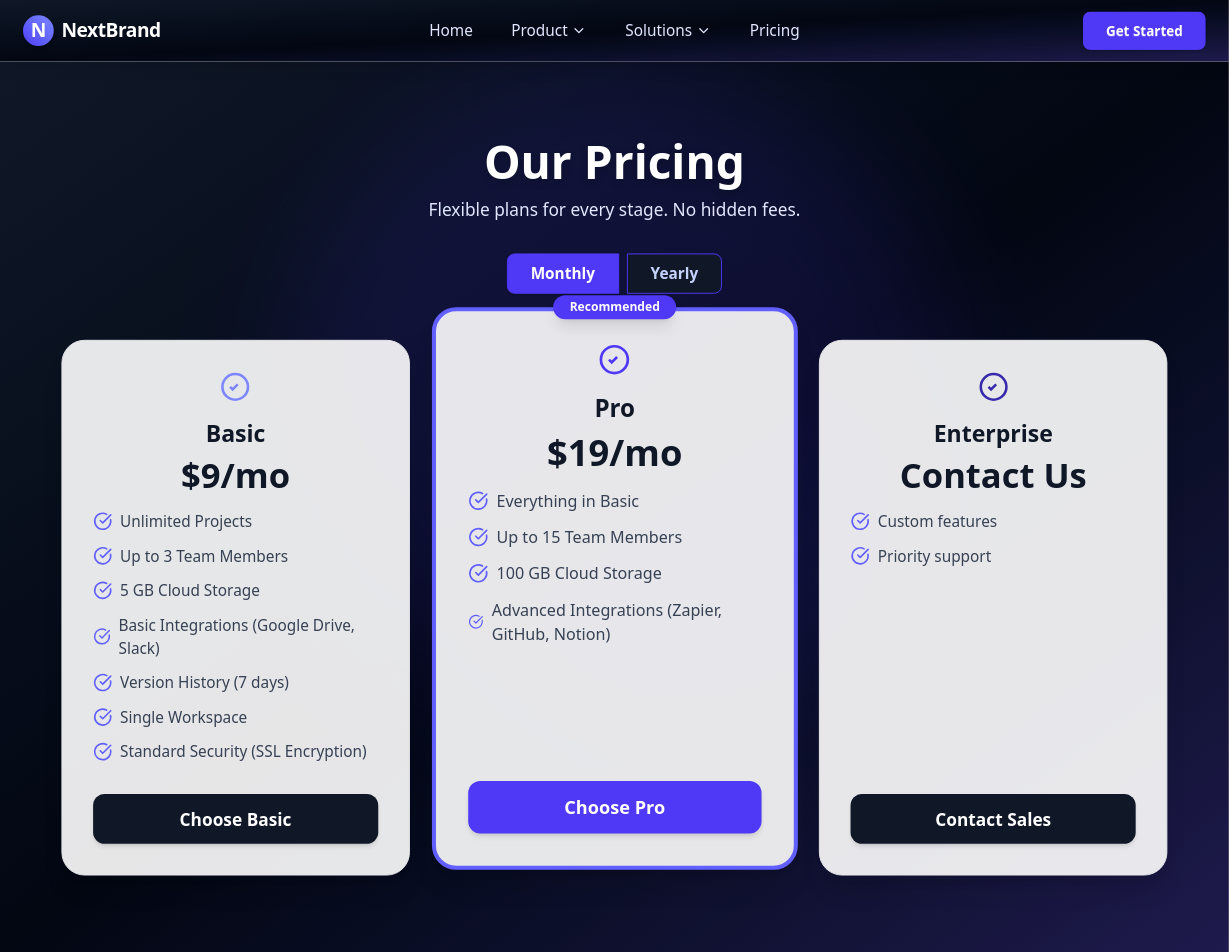
Repository: Chiranshukapil/Next_Brand
Page: /pricing
An editor plug-in stored every save of this project. The page is shown before and after the next save, followed by the edit.
The browser window is 1280 px wide. The pictures show the whole page, at 96% of full size.
The project was rebuilt for these pictures with package versions that can differ from the ones it lists, and the page was loaded fresh each time. Also part of the build but not shown: vite.config.js.

Above is the page before, as saved 2025-06-18 11:59:49.

After the next save:
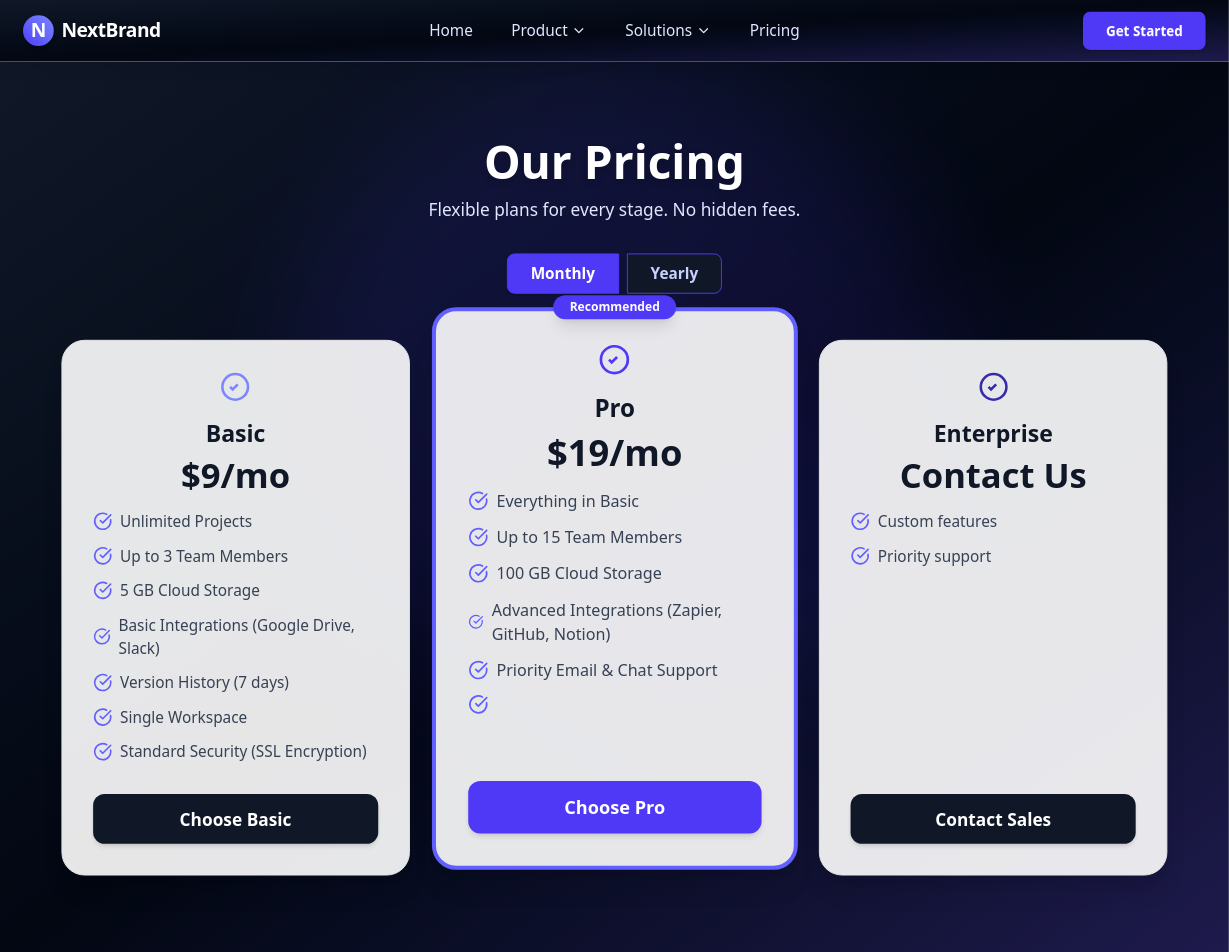
Saved 10 s later.
--- a/src/Components/PricingSection.jsx
+++ b/src/Components/PricingSection.jsx
@@ -17,7 +17,8 @@ const plans = [
     icon: <svg className="w-8 h-8 text-indigo-600" fill="none" stroke="currentColor" strokeWidth="2" viewBox="0 0 24 24"><circle cx="12" cy="12" r="10"/><path d="M8 12l2 2 4-4"/></svg>,
     monthly: 19,
     yearly: 190,
-    features: ["Everything in Basic", "Up to 15 Team Members", "100 GB Cloud Storage", "Advanced Integrations (Zapier, GitHub, Notion)", ],
+    features: ["Everything in Basic", "Up to 15 Team Members", "100 GB Cloud Storage", "Advanced Integrations (Zapier, GitHub, Notion)",
+        "Priority Email & Chat Support", ""],
     recommended: true,
   },
   {
